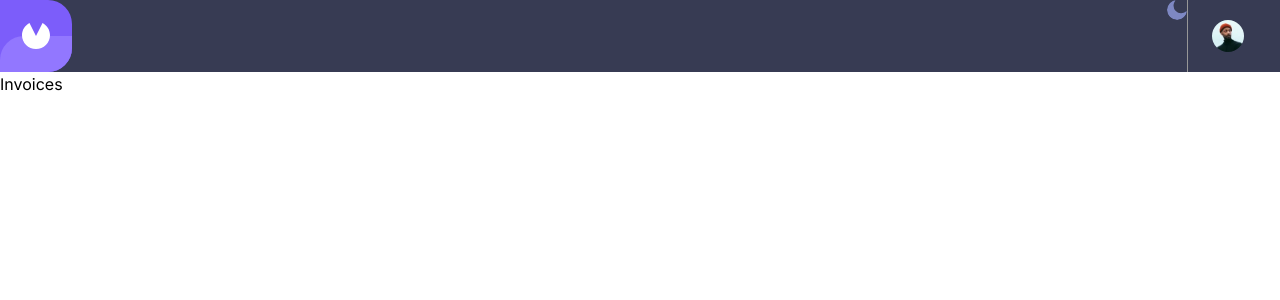
Repository: theoneswhodead/invoice-app
Page: /
An editor plug-in stored every save of this project. The page is shown before and after the next save, followed by the edit.
The browser window is 1280 px wide. The pictures show the whole page.
The project was rebuilt for these pictures with package versions that can differ from the ones it lists, and the page was loaded fresh each time. The framework's server and built-in components were replaced by stand-ins that run in the browser. Also part of the build but not shown: next.config.mjs.

Above is the page before, as saved 2024-08-19 18:17:10.

### app/layout.tsx
import type { Metadata } from "next";
import { Inter } from "next/font/google";
import "./globals.css";

const inter = Inter({ subsets: ["latin"] });

export const metadata: Metadata = {
  title: "Invoice app<",
  description: "Invoice app",
};

export default function RootLayout({
  children,
}: Readonly<{
  children: React.ReactNode;
}>) {
  return (
    <html lang="en">
      <head>
        <link
            rel="icon"
            type="image/png"
            sizes="16x16"
            href="/favicon-32x32.png"
          />
      </head>
      <body className={inter.className}>{children}</body>
    </html>
  );
}

### app/page.tsx
import BarMenu from "./components/BarMenu";
import Invoices from "./components/Invoices";

export default function Home() {
  return (
    <main className="">
      <BarMenu />
      <Invoices />
    </main>
  );
}

### app/globals.css
@import url('https://fonts.googleapis.com/css2?family=League+Spartan:wght@100..900&display=swap');

@tailwind base;
@tailwind components;
@tailwind utilities;

### app/components/BarMenu.tsx
import React from 'react'
import Image from 'next/image'

const BarMenu = () => {
  return (
    <nav className='bg-gray h-[4.5rem] flex justify-between'>
      <div className='flex justify-between w-full'>
        <div className='bg-purple h-[4.5rem] w-[4.5rem] rounded-r-3xl relative'>

            <Image
                src="/logo.svg"
                width={28}
                height={26}
                alt="Logo"
                className='absolute top-1/2 left-1/2 translate-y-[-50%] translate-x-[-50%]'
            />
            <div className='bg-light_purple w-[4.5rem] h-[2.25rem] mt-[36px] rounded-br-3xl rounded-tl-3xl'>

            </div>
        </div>
        <div>
            <Image
                src="/icon-moon.svg"
                width={20}
                height={20}
                alt="Theme Mode"
                className='rounded-full'
            />
        </div>
      </div>
      <div className='border-l border-light_gray w-[100px]'>
        <Image
            src="/image-avatar.jpg"
            width={32}
            height={32}
            alt="Avatar"
            className='rounded-full my-[1.25rem] mx-[1.5rem]'
        />
      </div>
    </nav>
  )
}

export default BarMenu

### app/components/Invoices.tsx
import React from 'react'

const Invoices = () => {
  return (
    <div>
      Invoices
    </div>
  )
}

export default Invoices

### tailwind.config.ts
import type { Config } from "tailwindcss";

const config: Config = {
  content: [
    "./pages/**/*.{js,ts,jsx,tsx,mdx}",
    "./components/**/*.{js,ts,jsx,tsx,mdx}",
    "./app/**/*.{js,ts,jsx,tsx,mdx}",
  ],
  darkMode: 'selector',
  theme: {
    extend: {
      colors: {
        "purple": "#7C5DFA",
        "light_purple": "#9277FF",
        "charcoal_blue": "#1E2139",
        "charcoal_gray": "#252945",
        "lavender_blue": "#DFE3FA",
        "cool_gray": "#888EB0",
        "wild_blue_yonder": "#7E88C3",
        "gunmetal": "#0C0E16",
        "coral_red": "#EC5757",
        "periwinkle": "#9277FF",
        "off_white": "#F8F8FB",
        "rich_black": "#141625",
        "gray": "#373B53",
        "light_gray": "#979797"
      },
      fontFamily: {
        Leagie_Spartan: ["League Spartan", "sans-serif"],
      },
      screens: {
        xxs: "280px",
        xs: "375px",
        ss: "580px",
        sm: "768px",
        md: "1060px",
        lg: "1440px",
        xl: "1700px",
      },
    },
  },
  plugins: [],
};
export default config;

After the next save:
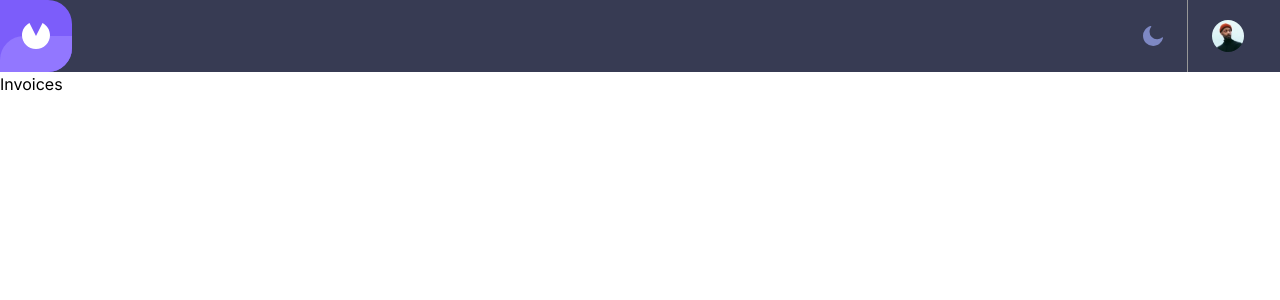
Saved 93 s later.
--- a/app/components/BarMenu.tsx
+++ b/app/components/BarMenu.tsx
@@ -24,7 +24,7 @@ const BarMenu = () => {
                 width={20}
                 height={20}
                 alt="Theme Mode"
-                className='rounded-full'
+                className='mx-[24px] my-[26px]'
             />
         </div>
       </div>
